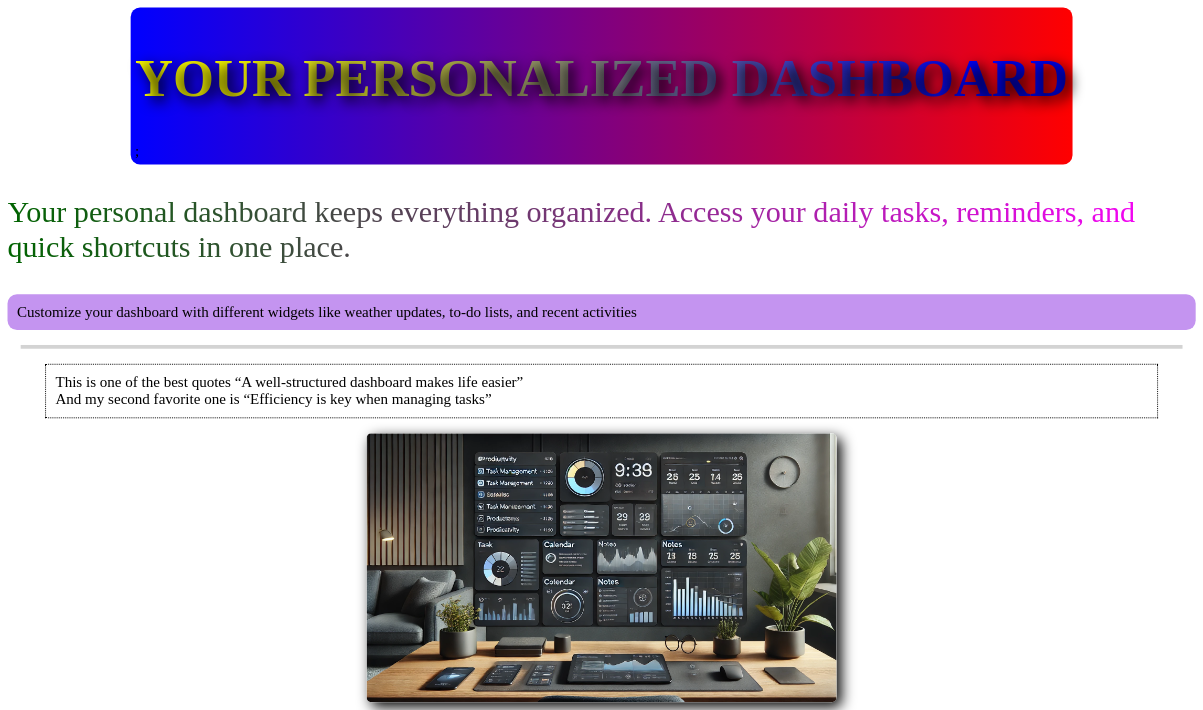
Repository: Parnicoza/testecomplete
Page: testcomplet-14.html
These files come from the project's save history. The page is drawn as it stood at one moment and after the next save; the edit follows.
The browser window is 1280 px wide. The pictures show the whole page, at 94% of full size.

Above is the page before, as saved 2025-02-23 12:58:34.

### testcomplet-14.html
<!DOCTYPE html>
<html lang="en">
    <head>
        <title>Personal Dashboard</title>
        <link rel="stylesheet" href="stilizaretestcomplet-14.css">
        <link rel="icon" href="imaginitestecomplete/dashboard.ico">
    </head>
    <body>
        <div class="background-for-the-heading">
         <h1 class="main-heading">Your Personalized Dashboard</h1>;
        </div>

        <p class="paragraph-gradient">Your personal dashboard keeps everything organized. Access your daily tasks, reminders, and quick shortcuts in one place.</p>

        <p class="semi-transparent-background">Customize your dashboard with different widgets like weather updates, to-do lists, and recent activities</p>

        <hr class="divider">

        <blockquote class="quote">
           This is one of the best quotes <q>A well-structured dashboard makes life easier</q> <br>
           And my second favorite one is <q>Efficiency is key when managing tasks</q>
        </blockquote>

        <img src="imaginitestecomplete/productivity.jpg" alt="productivity image" width="500 px" class="image" title="Productivity image">


    </body>
</html>

### stilizaretestcomplet-14.css
.main-heading{
    text-align: center;
    text-transform: uppercase;
    text-shadow: 5px 5px 15px black;
    font-size: 3.5em;
    background: linear-gradient(to right, yellow 0%, yellow 10%, blue 90%, blue 100%);
    background-clip: text;
    color: transparent;
}

.background-for-the-heading{
    background: linear-gradient(to right, blue, red);
    width: fit-content;
    margin: auto;
    padding: 5px;
    border-radius: 10px;
}

.paragraph-gradient{
    background: linear-gradient(to right, darkgreen, magenta);
    background-clip: text;
    color: transparent;
    font-size: 2em;
}

.semi-transparent-background{
    background-color: rgba(138, 43, 226, 0.5);
    border-radius: 10px;
    padding: 10px;
    color: black;
}
.quote{
    border: 1px dotted black;
    padding: 10px;
}

.divider{
    border: none;
    height: 4px;
    background-color: lightgray;
    border: 3pz dotted black;
    margin: 14px;

}

.image{
    border-radius: 5px;
    box-shadow: 5px 5px 15px black;
    display: block;
    margin: 0 auto;
}

After the next save:
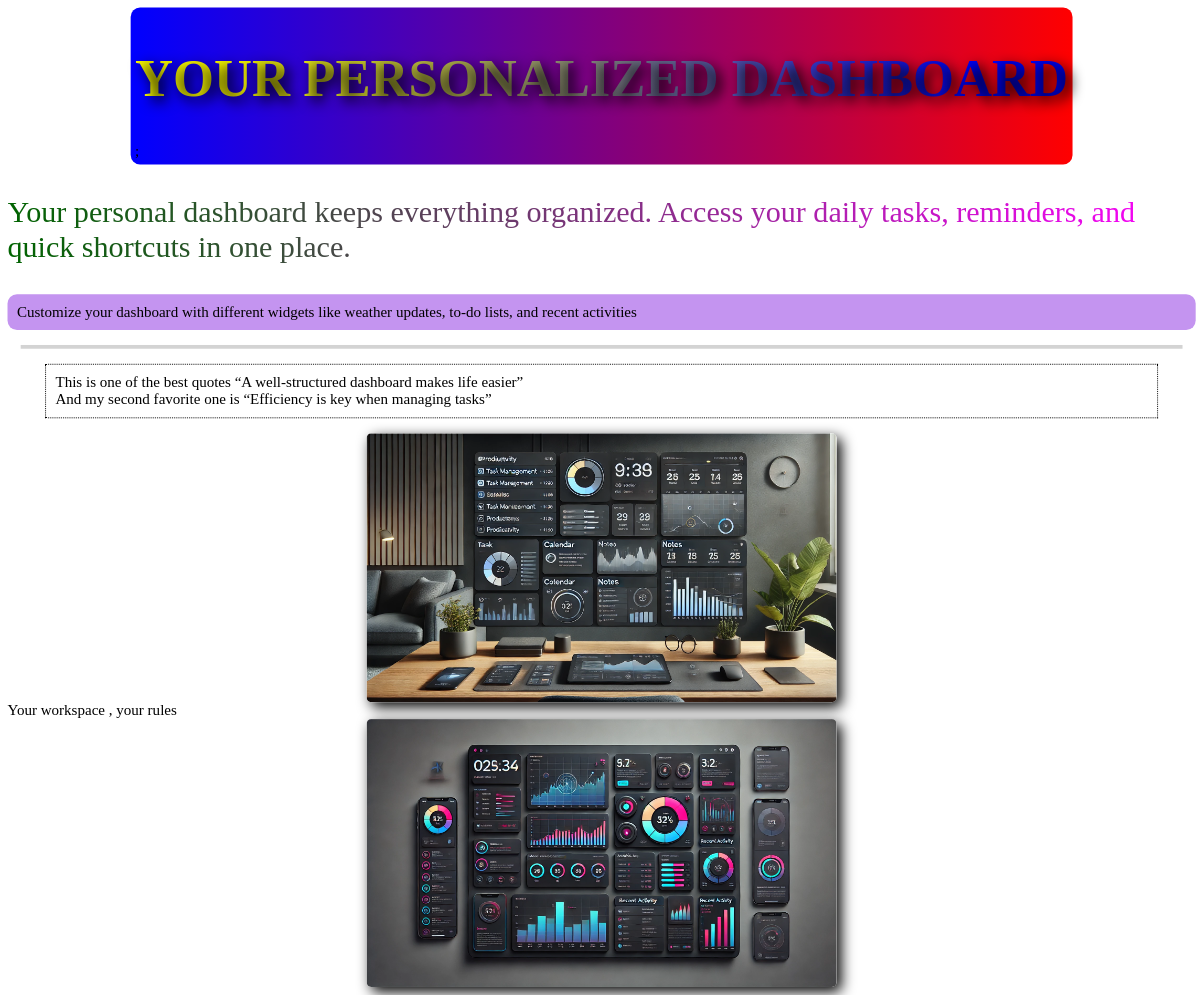
Saved 26 h 44 min later.
--- a/testcomplet-14.html
+++ b/testcomplet-14.html
@@ -23,6 +23,14 @@
 
         <img src="imaginitestecomplete/productivity.jpg" alt="productivity image" width="500 px" class="image" title="Productivity image">
 
+        <picture class="picture">
+            <source media="(min-width: 800px)" srcset="imaginitestecomplete/dashboard.jpg">
+            <source media="(min-width: 600px)" srcset="imaginitestecomplete/dashboardfortablets.jpg">
+            <source media="(min-width: 400px)" srcset="imaginitestecomplete/dashboardformobile.jpg">
+            <caption>Your workspace , your rules</caption>
+            <img src="imaginitestecomplete/dashboardfallback.jpg" alt="dashboard image" width="500 px" class="image" title="Dashboard image">
+        </picture>
+
 
     </body>
 </html>
